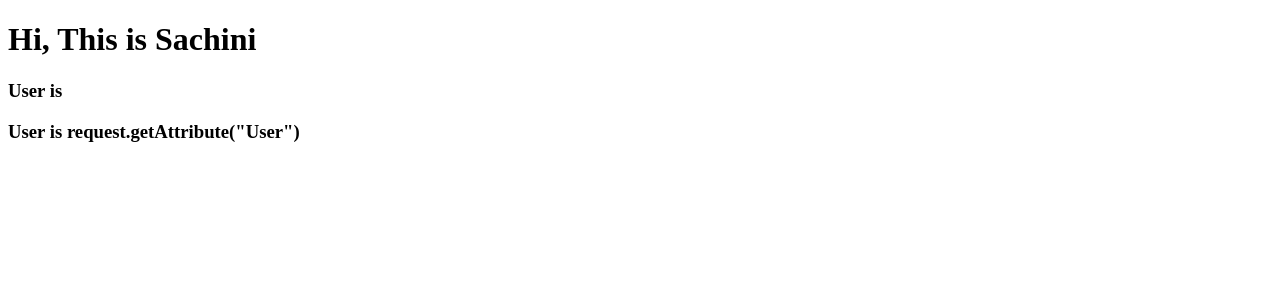
Repository: sach7691/eclipse-projects
Page: http://localhost/home-work-project/home.jsp
The author's editor kept a copy of each file at every save. The page is drawn from the files as they stood at one save, then again after the next save.
The browser window is 1280 px wide. The pictures show the whole page.
The page is served by Tomcat 9.

Above is the page before, as saved 2022-08-10 22:42:41.

After the next save:
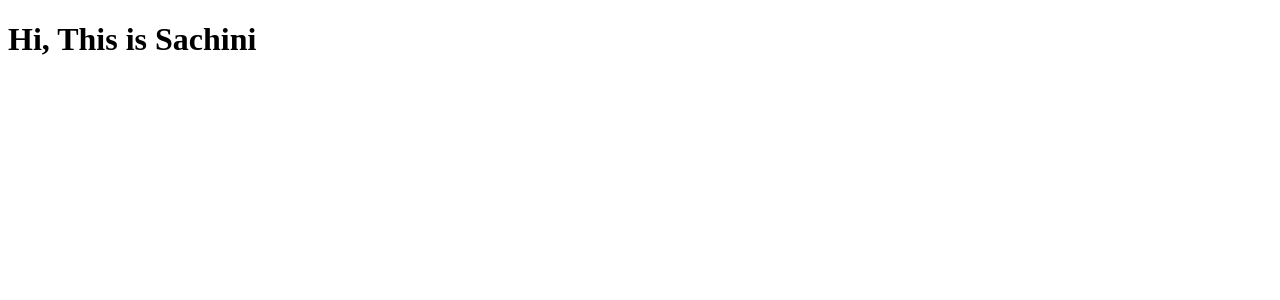
Saved 61 s later.
--- a/home-work-project/src/main/webapp/home.jsp
+++ b/home-work-project/src/main/webapp/home.jsp
@@ -10,9 +10,7 @@
 <h1>Hi, This is Sachini</h1>
 <form action="http://localhost:8080/home-work-project/HomeController" method="POST">
 
-  <h3> User is ${User}</h3>
-
- <h3> User is request.getAttribute("User")</h3>
+  <h3> ${User}</h3>
 
 
 </form>
